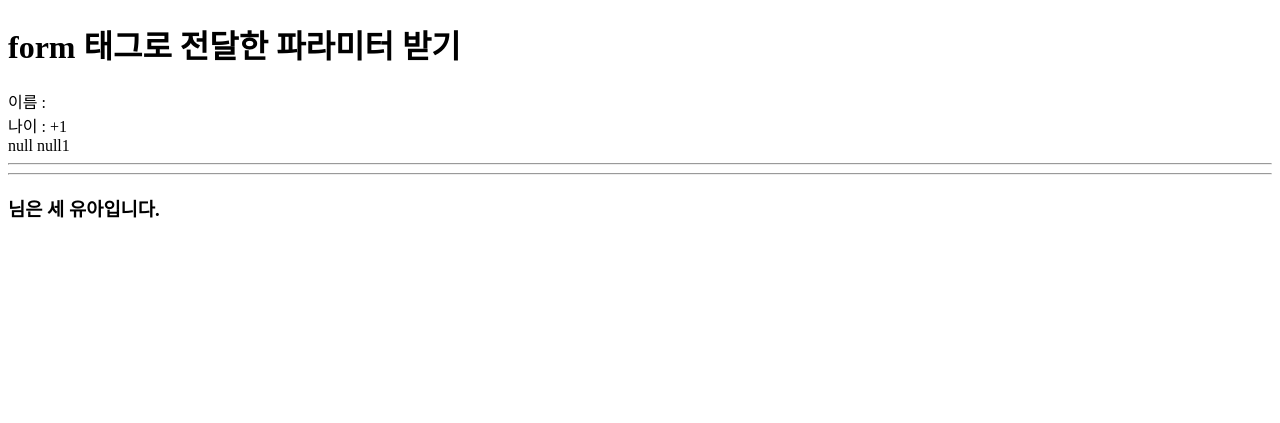
Repository: leechanggyu1118/JSTL_JAVA-WEB_-
Page: http://localhost/jstl_study/step-4.jsp
An editor plug-in stored every save of this project. The page is shown before and after the next save, followed by the edit.
The browser window is 1280 px wide. The pictures show the whole page.
The page is served by Tomcat 9.

Above is the page before, as saved 2024-04-11 03:43:59.

After the next save:
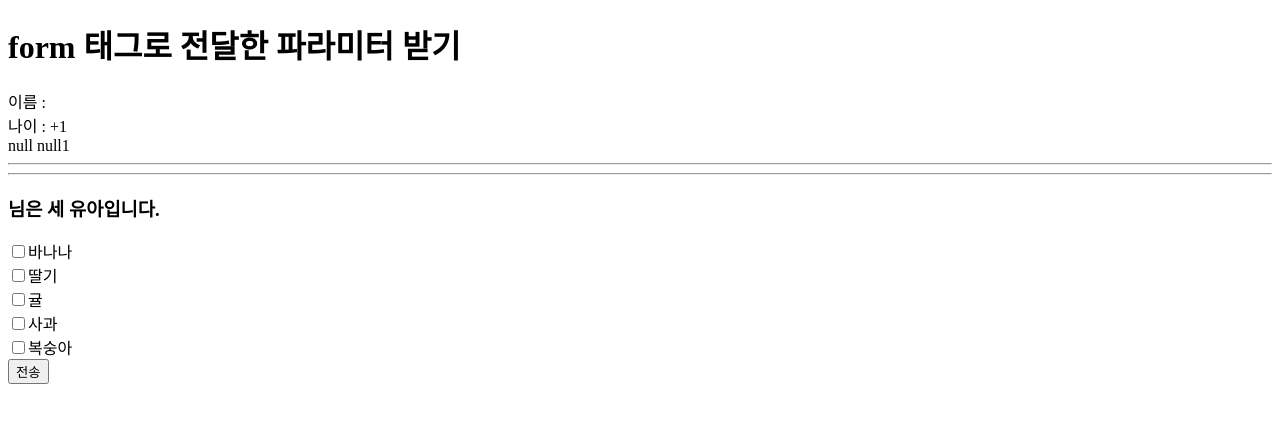
Saved 3 min 31 s later.
--- a/jstl_study/src/main/webapp/step-4.jsp
+++ b/jstl_study/src/main/webapp/step-4.jsp
@@ -44,9 +44,18 @@
 	<c:otherwise>
 	<h3>${param.name }님은 ${param.age }세 유아입니다.</h3>
 	</c:otherwise>
+</c:choose>
+
+<form action="step-5.jsp">
+	<input type="checkbox" name="food" value="바나나">바나나 <br>
+	<input type="checkbox" name="food" value="딸기">딸기 <br>
+	<input type="checkbox" name="food" value="귤">귤 <br>
+	<input type="checkbox" name="food" value="사과">사과 <br>
+	<input type="checkbox" name="food" value="복숭아">복숭아 <br>
+	<button type="submit">전송</button>
+</form>
 
 
-</c:choose>
 
 
 </body>
